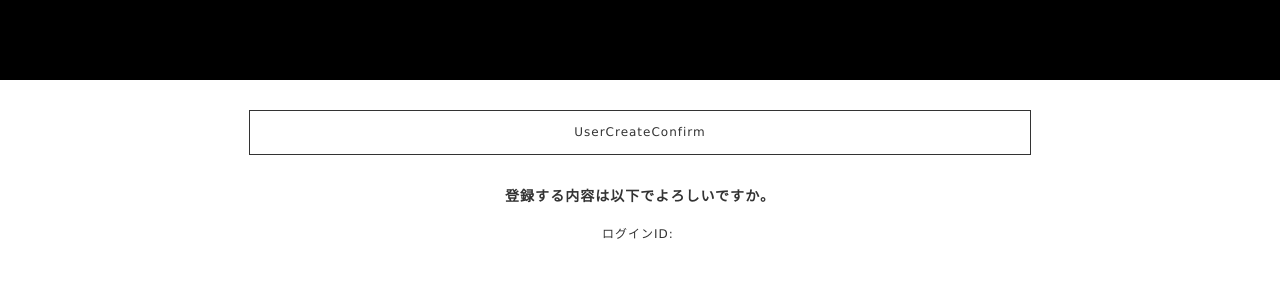
Repository: cha-git/ecsite
Page: http://localhost/template/userCreateConfirm.jsp
The author's editor kept a copy of each file at every save. The page is drawn from the files as they stood at one save, then again after the next save.
The browser window is 1280 px wide. The pictures show the whole page.
The page is served by Tomcat 9. Other server files are loaded and not shown.

Above is the page before, as saved 2018-12-25 09:59:40.

### template/WebContent/userCreateConfirm.jsp
<%@ page language="java" contentType="text/html; charset=UTF-8"
    pageEncoding="UTF-8"%>
<%@ taglib prefix="s" uri="/struts-tags" %>
<!DOCTYPE html>
<html>
<head>
	<meta http-equiv="Content-Type" content="text/html; charset=UTF-8" />
	<meta http-equiv="Content-Style-Type" content="text/css" />
	<meta http-equiv="Content-Script-Type" content="text/javascript" />
	<meta http-equiv="imagetoolbar" content="no" />
	<meta name="description" content="" />
	<meta name="keywords" content="" />
	<title>UserCreateConfirm画面</title>
	<style type="text/css">
	/* ========TAG LAYOUT======== */
	body {
		margin:0;
		padding:0;
		line-height:1.6;
		letter-spacing:1px;
		font-family:Verdana, Helvetica, sans-serif;
		font-size:12px;
		color:#333;
		background:#fff;
	}

	table {
		text-align:center;
		margin:0 auto;
	}
	/* ========ID LAYOUT======== */
	#top {
		width:780px;
		margin:30px auto;
		border:1px solid #333;
	}

	#header {
		width:100%;
		height:80px;
		background-color:black;
	}

	#main {
		width:100%;
		height:500px;
		text-align:center;
	}

	#footer {
		width:100%;
		height:80px;
		background-color:black;
		clear:both;
	}
	</style>
</head>
<body>
	<div id="header">
		<div id="pr">
		</div>
	</div>
	<div id="main">
		<div id="top">
			<p>UserCreateConfirm</p>
		</div>
		<div>
			<h3>登録する内容は以下でよろしいですか。</h3>
			<table>
				<s:form action="UserCreateCompleteAction">
				<tr id="box">
					<td>
						<label>ログインID:</label>
					</td>
					<td>
						<s:property value="loginUserId" escape="false" />
					</td>
				</tr>
				<tr id="box">
					<td>

					</td>
				</tr>
				</s:form>
			</table>
		</div>
	</div>
</body>
</html>

After the next save:
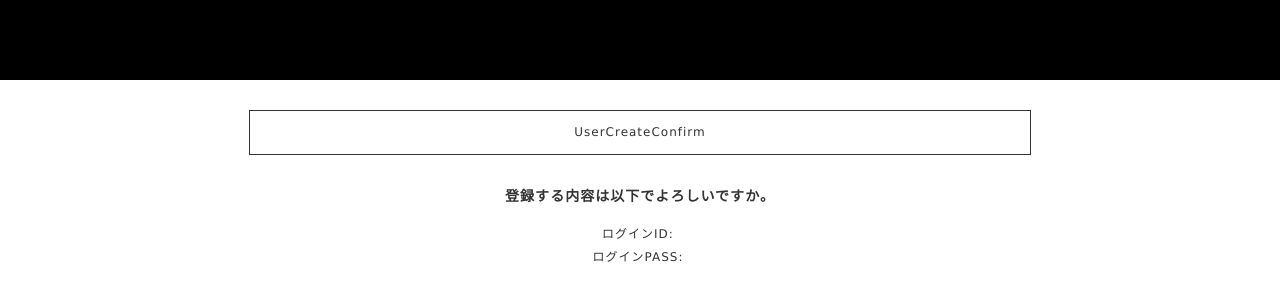
Saved 16 s later.
--- a/template/WebContent/userCreateConfirm.jsp
+++ b/template/WebContent/userCreateConfirm.jsp
@@ -78,7 +78,7 @@
 				</tr>
 				<tr id="box">
 					<td>
-
+						<label>ログインPASS:</label>
 					</td>
 				</tr>
 				</s:form>
